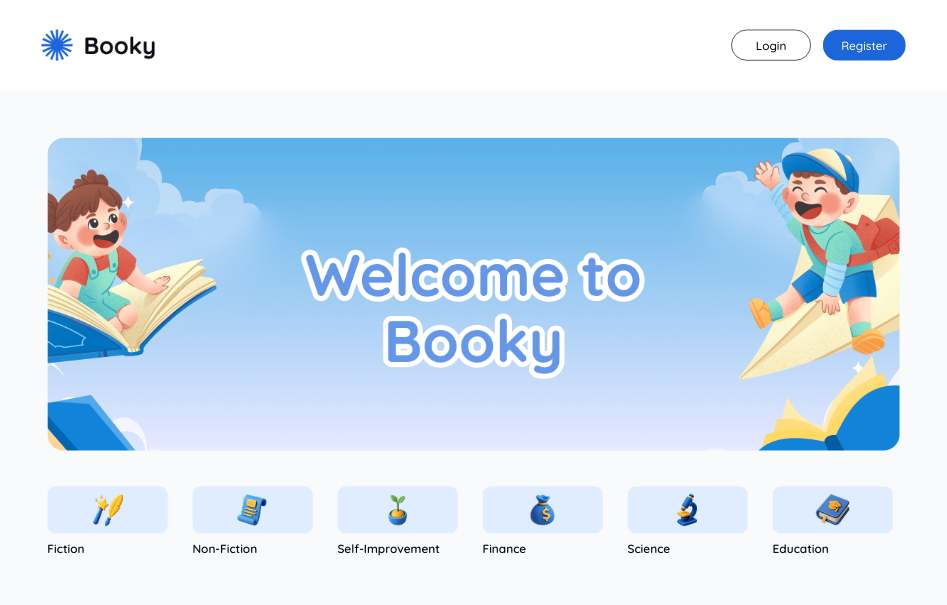
Repository: faridsyafaat/library-app
Page: /
An editor plug-in stored every save of this project. The page is shown before and after the next save, followed by the edit.
The browser window is 1280 px wide. The pictures show the whole page, at 74% of full size.
The project was rebuilt for these pictures with package versions that can differ from the ones it lists, and the page was loaded fresh each time. Also part of the build but not shown: vite.config.ts, src/pages/Login.tsx, src/pages/Register.tsx.

Above is the page before, as saved 2025-11-24 20:11:45.

After the next save:
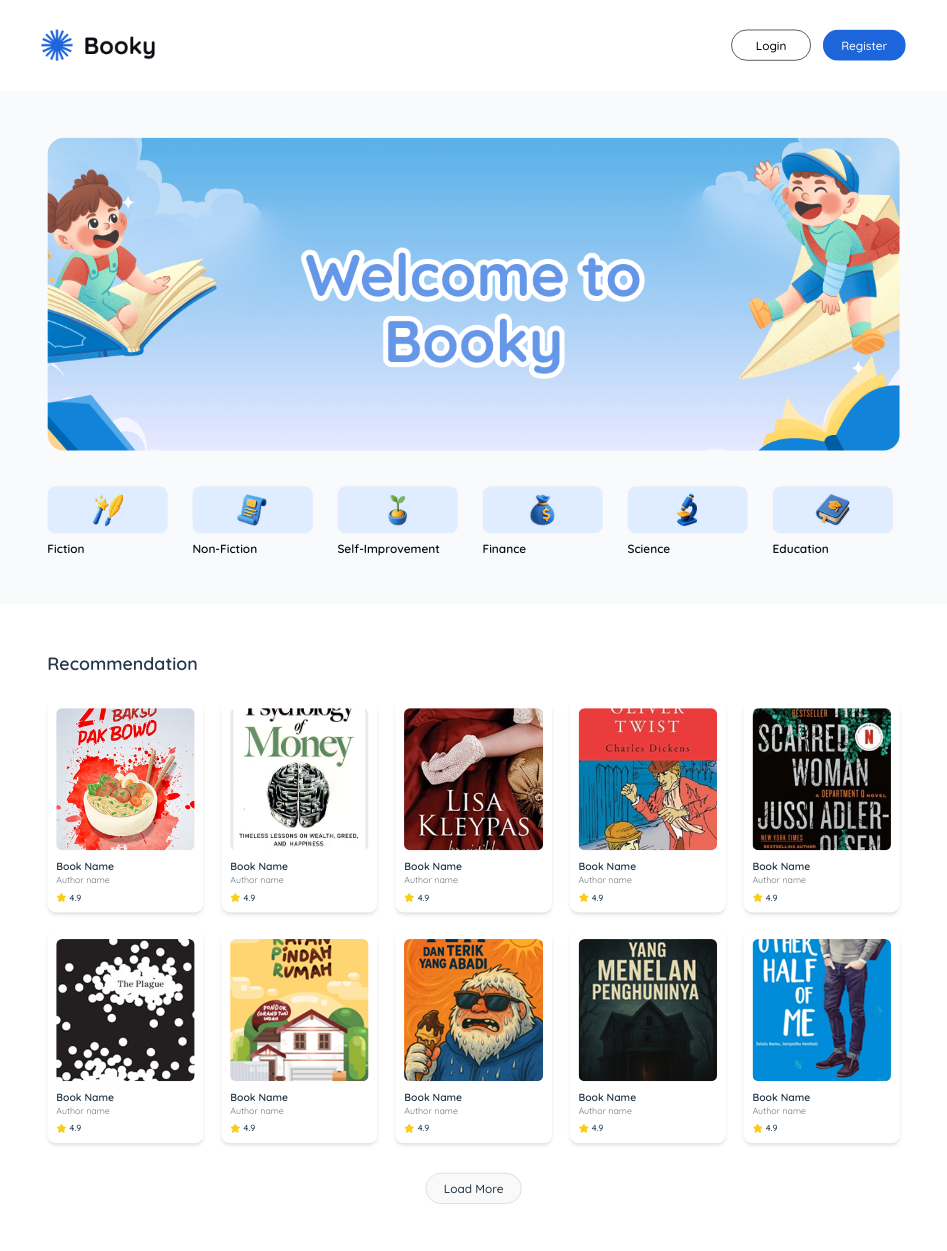
Saved 24 s later.
--- a/src/pages/HomeBefore.tsx
+++ b/src/pages/HomeBefore.tsx
@@ -7,6 +7,7 @@
     <div>
       <NavbarBefore />
       <HeroSection />
+      <RecommendationSection />
 
     </div>
   );
